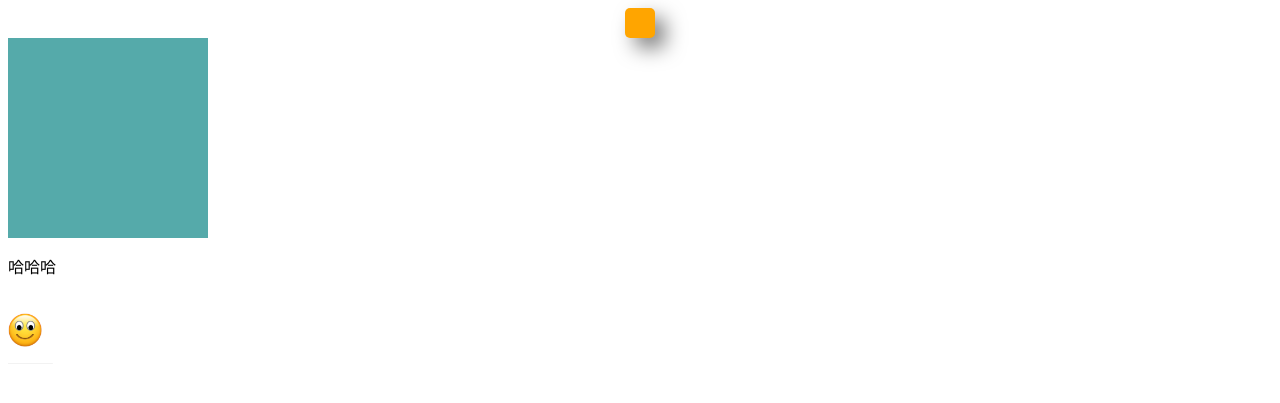
Repository: yuanliumaker/html-css-js
Page: css/css3新特性.html
The author's editor kept a copy of each file at every save. The page is drawn from the files as they stood at one save, then again after the next save.
The browser window is 1280 px wide. The pictures show the whole page.

Above is the page before, as saved 2025-08-31 23:00:27.

After the next save:
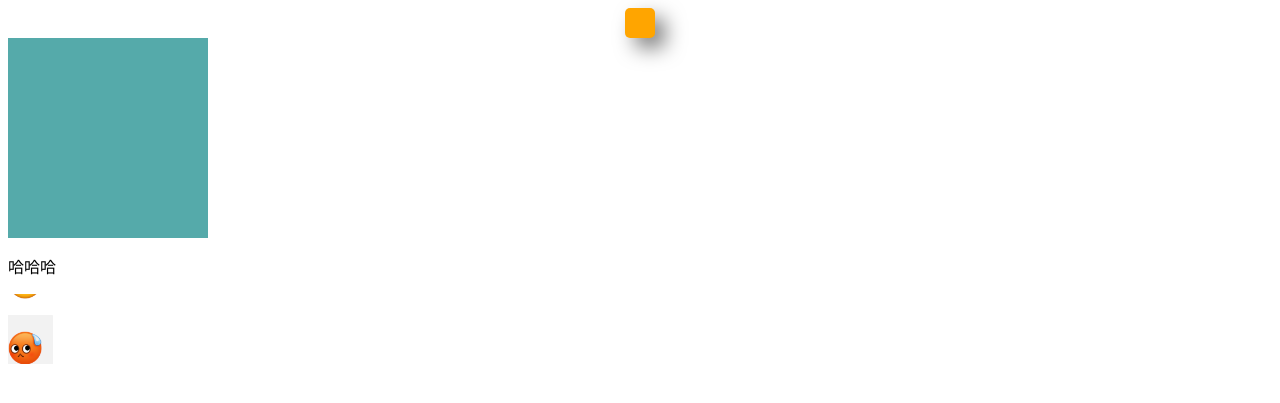
Saved 117 s later.
--- a/css/css3新特性.html
+++ b/css/css3新特性.html
@@ -76,6 +76,13 @@
             background-image:url(./1.png);/*加载一整张图片*/
             background-position:-21px 0;
         }
+        .icon{
+            display: block;
+            width:45px;
+            height:70px;
+            background-image:url(./1.png);/*加载一整张图片*/
+            background-position:-21px 215px;
+        }
     </style>
 </head>
 
